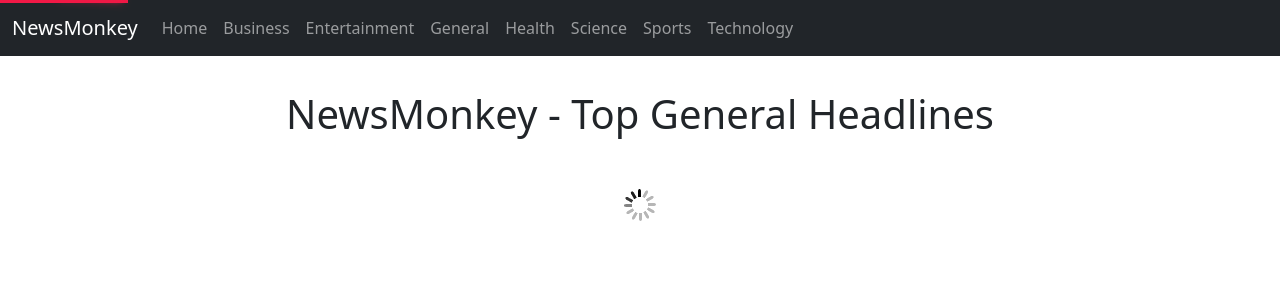
Repository: dark-archer1717/NewsToday
Page: /
The author's editor kept a copy of each file at every save. The page is drawn from the files as they stood at one save, then again after the next save.
The browser window is 1280 px wide. The pictures show the whole page.
The page's requests for data from a server got no answer. The project was rebuilt for these pictures with package versions that can differ from the ones it lists, and the page was loaded fresh each time. No one was signed in, and anything a server would have sent is missing. Also part of the build but not shown: src/App.css, src/components/NewsItem.js.

Above is the page before, as saved 2021-11-28 23:13:13.

After the next save:
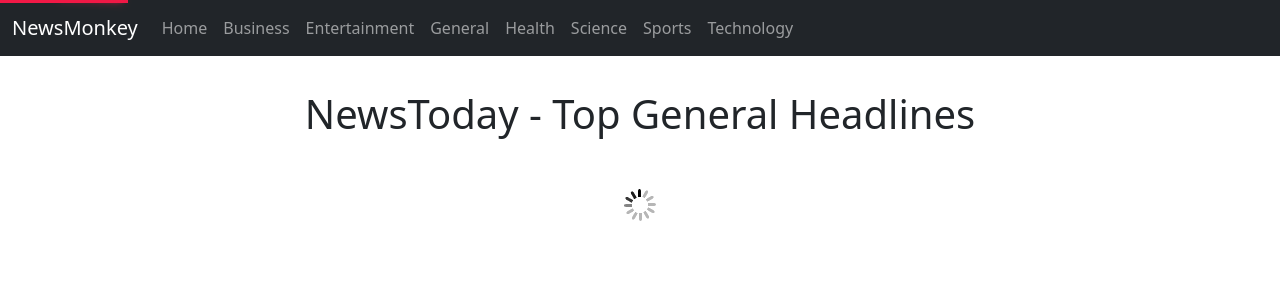
Saved 36 min 52 s later.
--- a/src/components/News.js
+++ b/src/components/News.js
@@ -1,5 +1,4 @@
 import React, { useEffect, useState } from 'react';
-
 import NewsItem from './NewsItem';
 import Spinner from './Spinner';
 import PropTypes from 'prop-types';
@@ -49,7 +48,7 @@
   return (
     <>
       <h1 className="text-center" style={{ margin: '35px 0px', marginTop: '90px' }}>
-        NewsMonkey - Top {capitalizeFirstLetter(props.category)} Headlines
+        NewsToday - Top {capitalizeFirstLetter(props.category)} Headlines
       </h1>
       {loading && <Spinner />}
       <InfiniteScroll dataLength={articles.length} next={fetchMoreData} hasMore={articles.length !== totalResults} loader={<Spinner />}>
